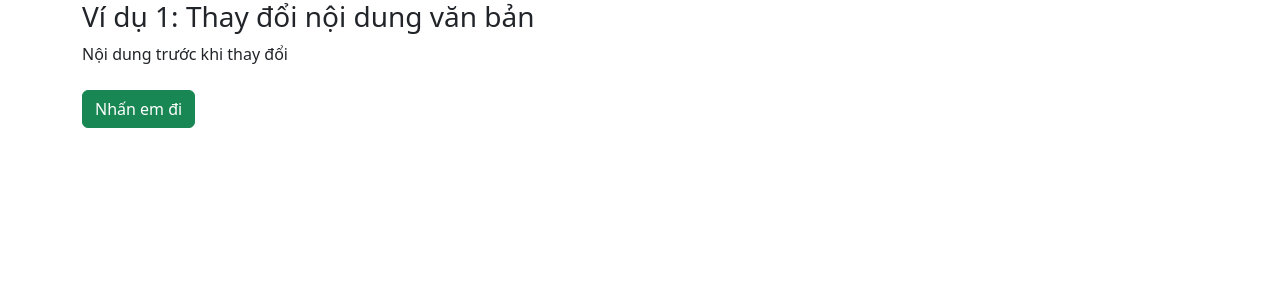
Repository: hcozyph/cyberSoft_JS_fulldocs
Page: JS_2/index.html
The author's editor kept a copy of each file at every save. The page is drawn from the files as they stood at one save, then again after the next save.
The browser window is 1280 px wide. The pictures show the whole page.

Above is the page before, as saved 2023-01-21 17:37:09.

After the next save:
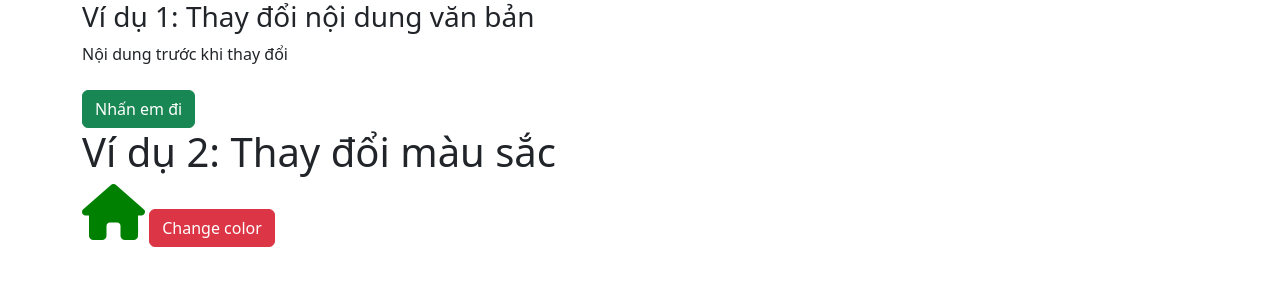
Saved 10 min 10 s later.
--- a/JS_2/index.html
+++ b/JS_2/index.html
@@ -39,6 +39,11 @@
             >
                 Nhấn em đi
             </button>
+
+            <h1>Ví dụ 2: Thay đổi màu sắc</h1>
+            <i style="color: green" class="fa fa-home display-4" id="home"></i>
+
+            <button class="btn btn-danger">Change color</button>
         </div>
         <!-- Bootstrap JavaScript Libraries -->
         <script
